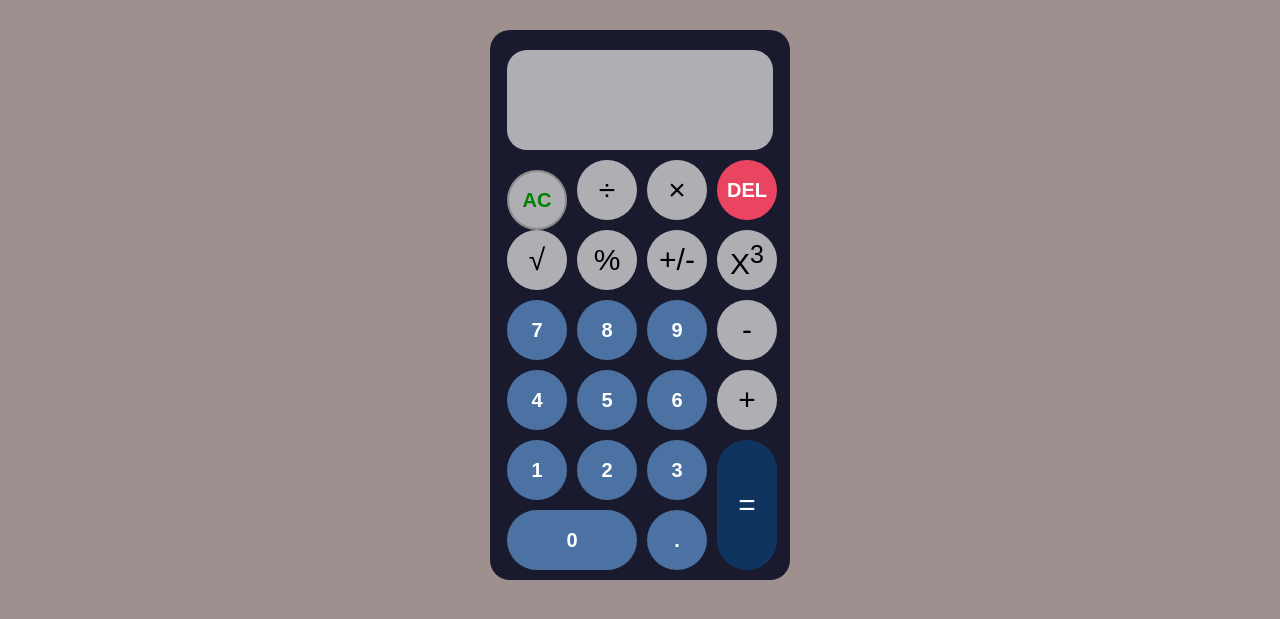
Repository: MikkyPrestige/js-calculator
Page: index.html
The author's editor kept a copy of each file at every save. The page is drawn from the files as they stood at one save, then again after the next save.
The browser window is 1280 px wide. The pictures show the whole page.
The first visible `.btn` is being pressed.

Above is the page before, as saved 2023-05-08 02:17:13.

After the next save:
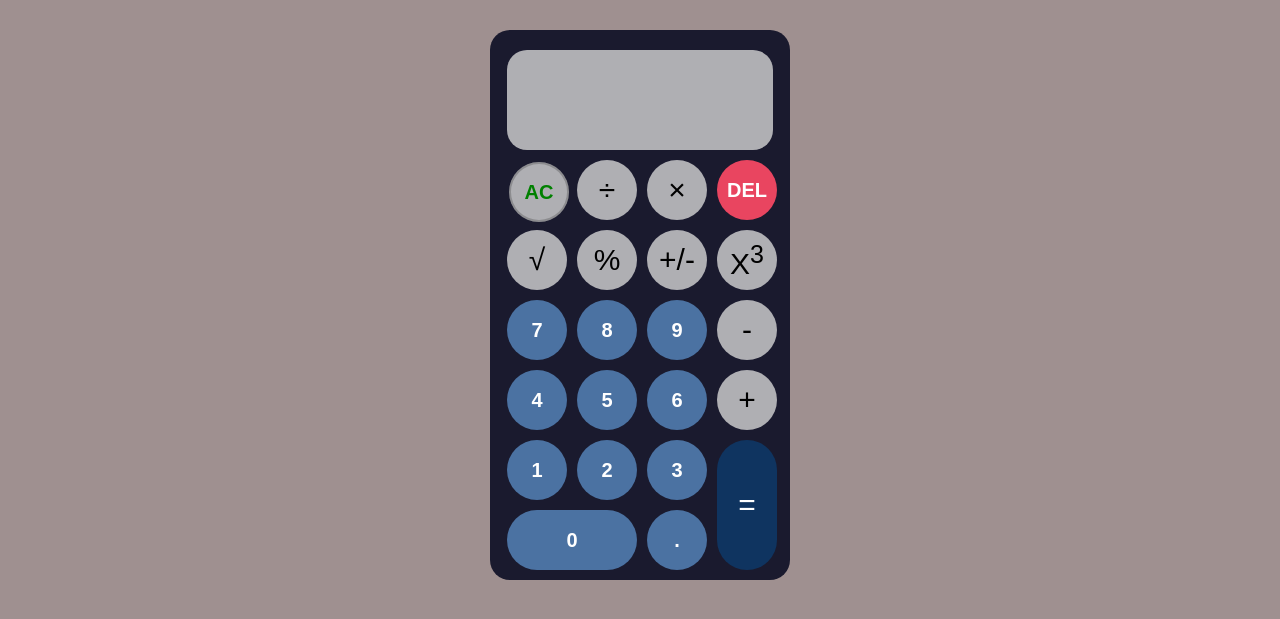
Saved 32 s later.
--- a/index.css
+++ b/index.css
@@ -269,5 +269,5 @@ main {
   -moz-transform: translateY(2px);
   -ms-transform: translateY(2px);
   -o-transform: translateY(2px);
-  */transform: translateY(1rem);
-}
+  */transform: translate(0.2rem, 0.2rem);
+}
